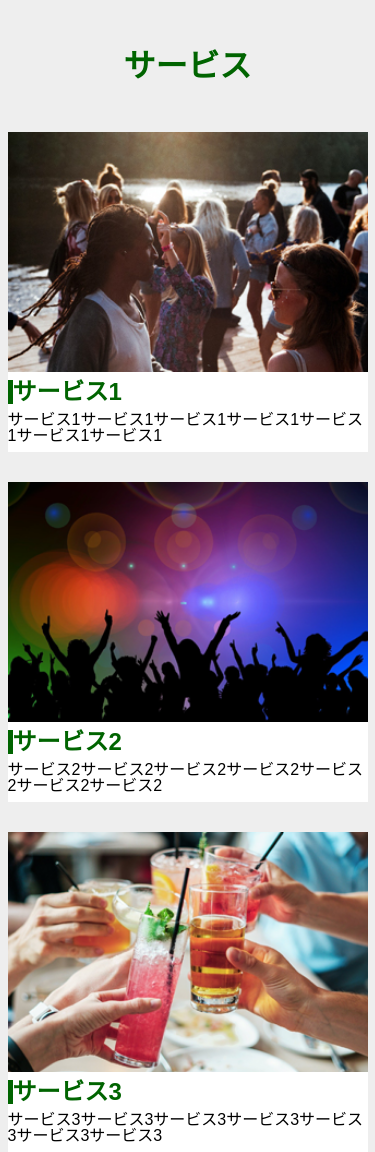
Repository: sonoyama01/dezasuta
Page: 第３回課題/work2/index.html
An editor plug-in stored every save of this project. The page is shown before and after the next save, followed by the edit.
The browser window is 375 px wide. The pictures show the whole page.

Above is the page before, as saved 2024-04-28 00:47:27.

### 第３回課題/work2/index.html
<!DOCTYPE html>
<html lang="ja">

<head>
    <meta charset="UTF-8">
    <meta name="viewport" content="width=device-width, initial-scale=1.0">
    <title>第3回課題work2</title>
    <link rel="stylesheet" href="./css/reset.css">
    <link rel="stylesheet" href="./css/style.css">
</head>

<body>
    <h1>サービス</h1>
    <div class="box">
        <div>
            <img src="./images/main_1.jpg" alt="">
            <h2>サービス1</h2>
            <p>サービス1サービス1サービス1サービス1サービス1サービス1サービス1</p>
        </div>

        <div>
            <img src="./images/main_2.png" alt="">
            <h2>サービス2</h2>
            <p>サービス2サービス2サービス2サービス2サービス2サービス2サービス2</p>
        </div>

        <div>
            <img src="./images/main_3.png" alt="">
            <h2>サービス3</h2>
            <p>サービス3サービス3サービス3サービス3サービス3サービス3サービス3</p>
        </div>
    </div>

</body>

</html>

### 第３回課題/work2/css/reset.css
@charset "utf-8";

/* cssリセット */

/*利用するタグによってこちらの内容は増やす*/

html,
body,
h1,
h2,
h3,
p,
dl,
dt,
dd,
ul,
li {
  margin: 0;
  padding: 0;
  line-height: 1;
  /*デフォルトの文字色、font-familyを予め当てておく*/
  color: #000;
  font-family: "游ゴシック体", YuGothic, "游ゴシック", "Yu Gothic", "メイリオ",
    "Hiragino Kaku Gothic ProN", "Hiragino Sans", sans-serif;
}

a {
  /*下線を消す*/
  text-decoration: none;
  /*色を消す*/
  color: inherit;
}

ul {
  /*左の「・」を消す*/
  list-style: none;
}

img {
  max-width: 100%;
  vertical-align: bottom;
  border: none;
}

### 第３回課題/work2/css/style.css
@charset "utf-8";

body {
  max-width: 960px;
  background-color: #eeeeee;
  margin: 0 auto;
}
h1 {
  text-align: center;
  color: #006400;
  margin: 50px auto;
}

h2 {
  color: #006400;
  border-left: 5px solid #006400;
}

.box {
  display: flex;
  justify-content: space-between;
}
.box div {
  width: 30%;
  background-color: #fff;
}

img,
h2,
p {
  margin-bottom: 8px;
}

.img {
  width: 100%;
}

@media screen and (max-width: 400px) {
  .box div {
    width: 100%;
  }

  img {
    width: 100%;
  }

  .box {
    flex-direction: column;
    padding: 0 2%;
    gap: 30px;
  }
}

After the next save:
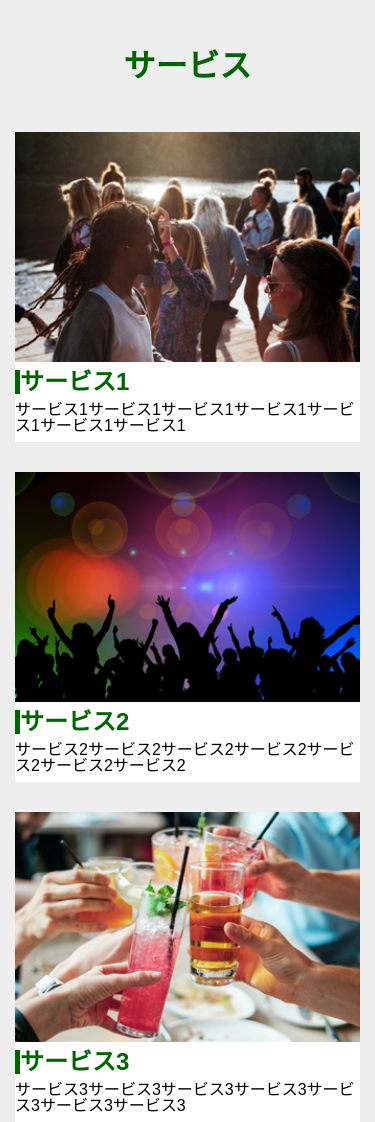
Saved 68 s later.
--- a/第３回課題/work2/css/style.css
+++ b/第３回課題/work2/css/style.css
@@ -46,7 +46,7 @@ p {
 
   .box {
     flex-direction: column;
-    padding: 0 2%;
+    padding: 0 4%;
     gap: 30px;
   }
 }
